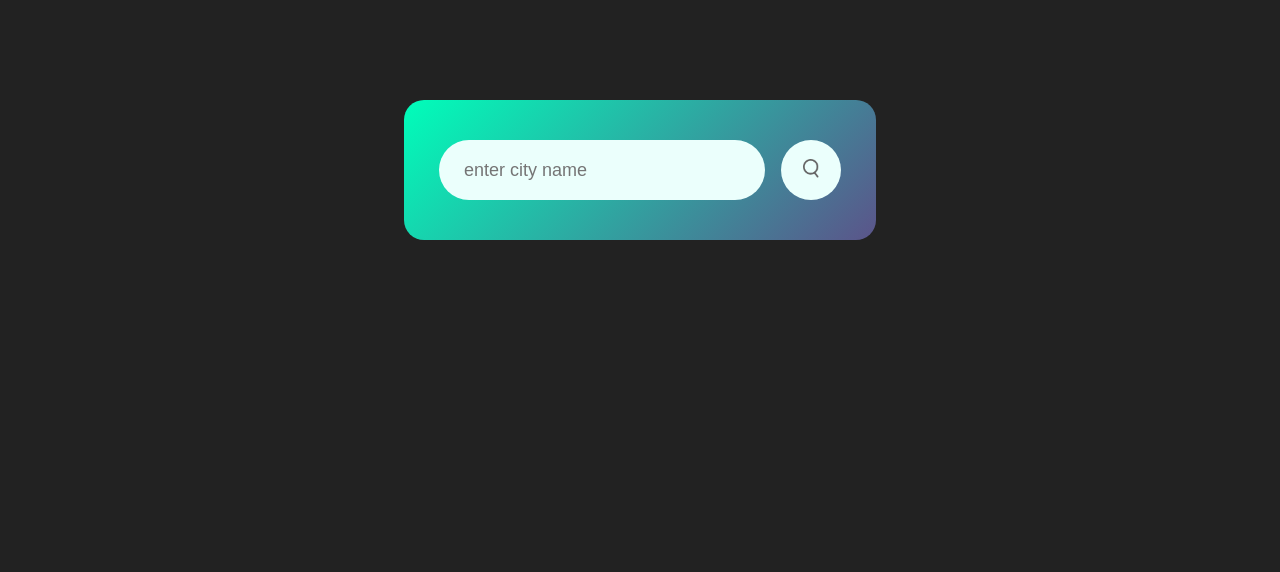
Repository: Rohit-foryou/Weather-app
Page: Weather App/Weather.html
The author's editor kept a copy of each file at every save. The page is drawn from the files as they stood at one save, then again after the next save.
The browser window is 1280 px wide. The pictures show the whole page.

Above is the page before, as saved 2023-12-13 14:21:42.

### Weather App/Weather.html
<!DOCTYPE html>
<html lang="en">
<head>
    <meta charset="UTF-8">
    <meta name="viewport" content="width=device-width, initial-scale=1.0">
    <link rel="stylesheet" href="Weather.css">
    <title>Weather</title>
</head>
<body>
    <div class="card">
        <div class="search">
            <input type="text" placeholder="enter city name" spellcheck="false">
            <button><img src="Weather(Images)/search.png" alt=""></button>
        </div>
    </div>
</body>
</html>

### Weather App/Weather.css
*{
    margin: 0;
    padding: 0;
    font-family: 'Poppins', sans-serif;
    box-sizing: border-box;
}

body{
    background: #222;
}

.card{
    width: 90%;
    max-width: 472px;
    background: linear-gradient(135deg, #00feba, #5b548a);
    color: #fff;
    margin: 100px auto 0;
    border-radius: 20px;
    padding: 40px 35px;
    text-align: center;
}

.search{
    width: 100%;
    display: flex;
    align-items: center;
    justify-content: space-between;
}

.search input{
    border: 0;
    outline: 0;
    background: #ebfffc;
    color: #555;
    padding: 10px 25px;
    height: 60px;
    border-radius: 30px;
    flex: 1;
    margin-right: 16px;
    font-size: 18px;
}

.search button{
    border: 0;
    outline: 0;
    background: #ebfffc;
    border-radius: 50%;
    width: 60px;
    height: 60px;
    cursor: pointer;
}

.search button img{
    width: 16px;
}

After the next save:
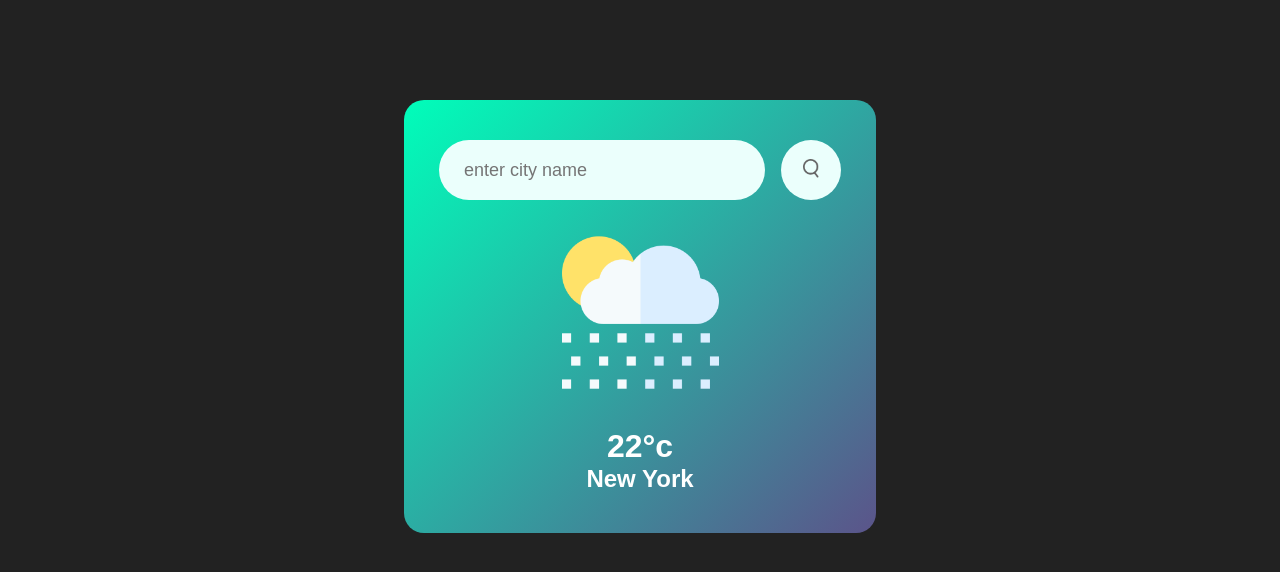
Saved 3 min 0 s later.
--- a/Weather App/Weather.html
+++ b/Weather App/Weather.html
@@ -12,6 +12,11 @@
             <input type="text" placeholder="enter city name" spellcheck="false">
             <button><img src="Weather(Images)/search.png" alt=""></button>
         </div>
+        <div class="weather">
+            <img src="Weather(Images)/rain.png" class="weather-icon">
+            <h1>22°c</h1>
+            <h2>New York</h2>
+        </div>
     </div>
 </body>
 </html>
